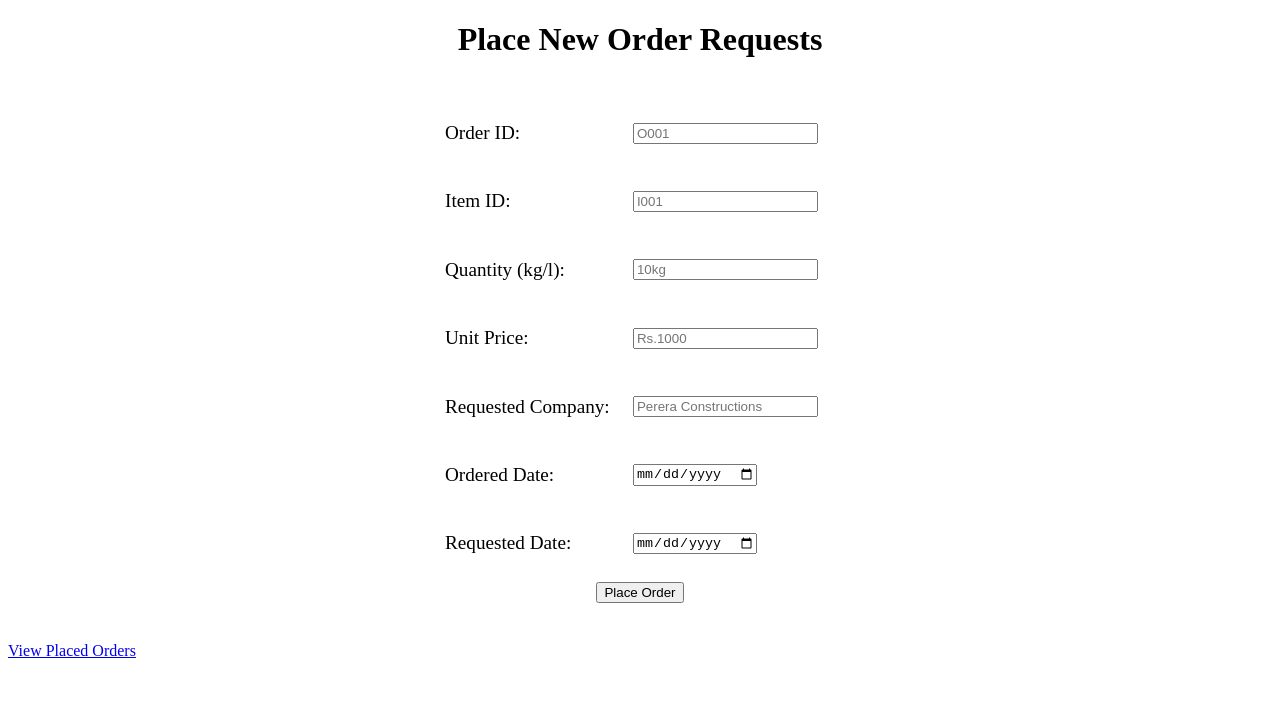
Repository: nirmaniPathiranage/CSSE-Procurement-Management
Page: http://localhost/Item_Management/PlaceOrder.jsp
These files come from the project's save history. The page is drawn as it stood at one moment and after the next save; the edit follows.
The browser window is 1280 px wide. The pictures show the whole page.
The page is served by Tomcat 9.

Above is the page before, as saved 2019-09-29 19:19:07.

After the next save:
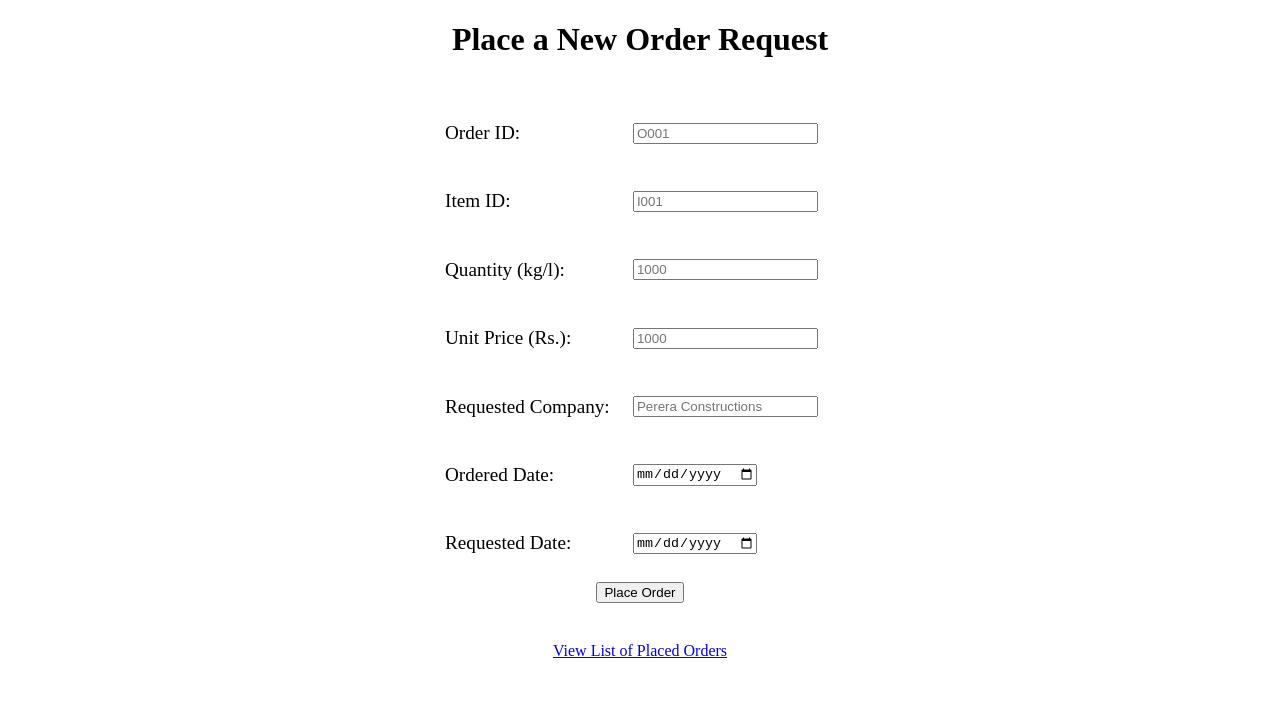
Saved 2 min 49 s later.
--- a/Item_Management/WebContent/PlaceOrder.jsp
+++ b/Item_Management/WebContent/PlaceOrder.jsp
@@ -44,7 +44,7 @@
 <div style="width:800px; margin:0 auto;" >
 
 <center>
-		<h1>Place New Order Requests</h1>
+		<h1>Place a New Order Request</h1>
 	</center>
 
 	<form name="form" action="AddOrderServlet" method="post" onSubmit="return validate();">
@@ -52,36 +52,36 @@
 	<center>
 			<table cellpadding="3" style="width: 50%">
 
-				<tr height="40">
+				<tr height="20">
 					<td><p style="font-size: larger">Order ID:</td>
 					<td><input type="text" name="orderid" placeholder="O001" autocomplete="off" required/></td>
 				</tr>
-				<tr height="40">
+				<tr height="20">
 					<td><p style="font-size: larger">Item ID:</td>
 					<td><input type="text" name="itemid"
 						placeholder="I001" autocomplete="off" required /></td>
 				</tr>
-				<tr height="40">
+				<tr height="20">
 					<td><p style="font-size: larger">Quantity (kg/l):</td>
-					<td><input type="text" name="quantity" id="quantity" placeholder="10kg" autocomplete="off" required/></td>
+					<td><input type="text" name="quantity" id="quantity" placeholder="1000" autocomplete="off" required/></td>
 				</tr>
-				<tr height="40">
-					<td><p style="font-size: larger">Unit Price:</td>
+				<tr height="20">
+					<td><p style="font-size: larger">Unit Price (Rs.):</td>
 					<td><input type="text" name="unitprice" id="unitprice"
-						placeholder="Rs.1000" autocomplete="off" required/></td>
+						placeholder="1000" autocomplete="off" required/></td>
 				</tr>
-				<tr height="40">
+				<tr height="20">
 					<td><p style="font-size: larger">Requested Company:</td>
 					<td><input type="text" name="requestedby"
 						placeholder="Perera Constructions" autocomplete="off" required/></td>
 				</tr>
-				<tr height="40">
+				<tr height="20">
 					<td><p style="font-size: larger">
 							Ordered Date:</td>
 					<td><input type="date" name="orderdate"
 						placeholder="2019-09-30" autocomplete="off" required/></td>
 				</tr>
-				<tr height="40">
+				<tr height="20">
 					<td><p style="font-size: larger">
 							Requested Date:</td>
 					<td><input type="date" name="requesteddate"
@@ -99,7 +99,7 @@
 	</form>
 	</div>
 	<br />
-		<a href="ListOrderServlet">View Placed Orders</a>
+		<center><a href="ListOrderServlet">View List of Placed Orders</a></center>
 	<br><br><br>
 </body>
 </html>
